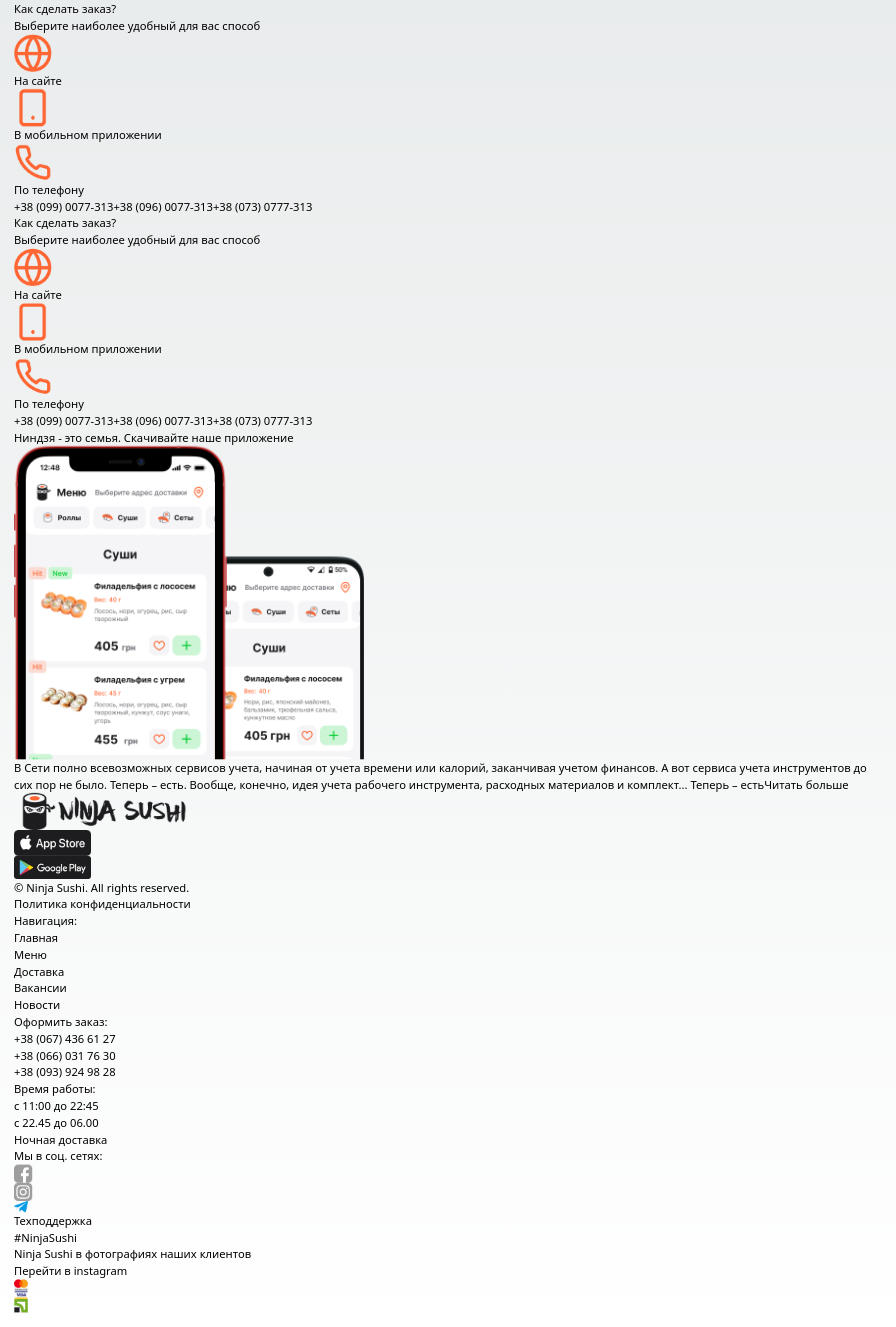
Repository: shokirovG/loyiha
Page: /Delivery
An editor plug-in stored every save of this project. The page is shown before and after the next save, followed by the edit.
The browser window is 1280 px wide. The pictures show the part of the page from y = 1664 to 3584 px (the page is 3560 px tall before and 3584 px after), at 70% of full size.
The project was rebuilt for these pictures with package versions that can differ from the ones it lists, and the page was loaded fresh each time. The framework's server and built-in components were replaced by stand-ins that run in the browser. Also part of the build but not shown: next.config.js, Components/Burger.jsx, Components/Categories.jsx, Components/Slider.js, Components/OpenNav.jsx.

Above is the page before, as saved 2023-07-02 16:00:23.

After the next save:
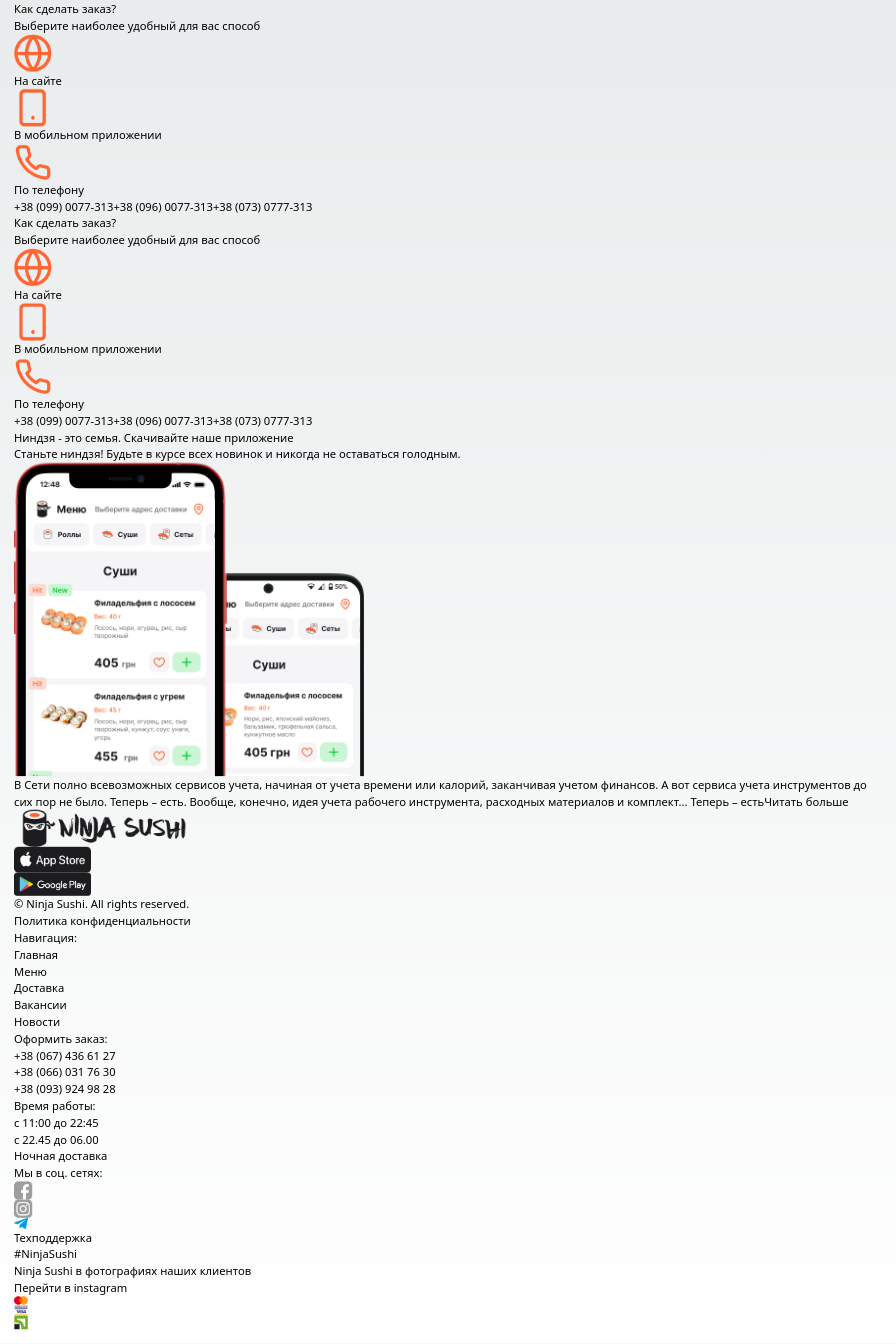
Saved 21 s later.
--- a/Components/Footer.jsx
+++ b/Components/Footer.jsx
@@ -8,6 +8,10 @@
       <div className="fex justify-around adv w-[100%] border-[3px]">
         <div>
           <h1>Ниндзя - это семья. Скачивайте наше приложение</h1>
+          <p>
+            Станьте ниндзя! Будьте в курсе всех новинок и никогда не оставаться
+            голодным.
+          </p>
         </div>
         <Image src={"/imgs/newTel.png"} width={500} height={644} />
       </div>
